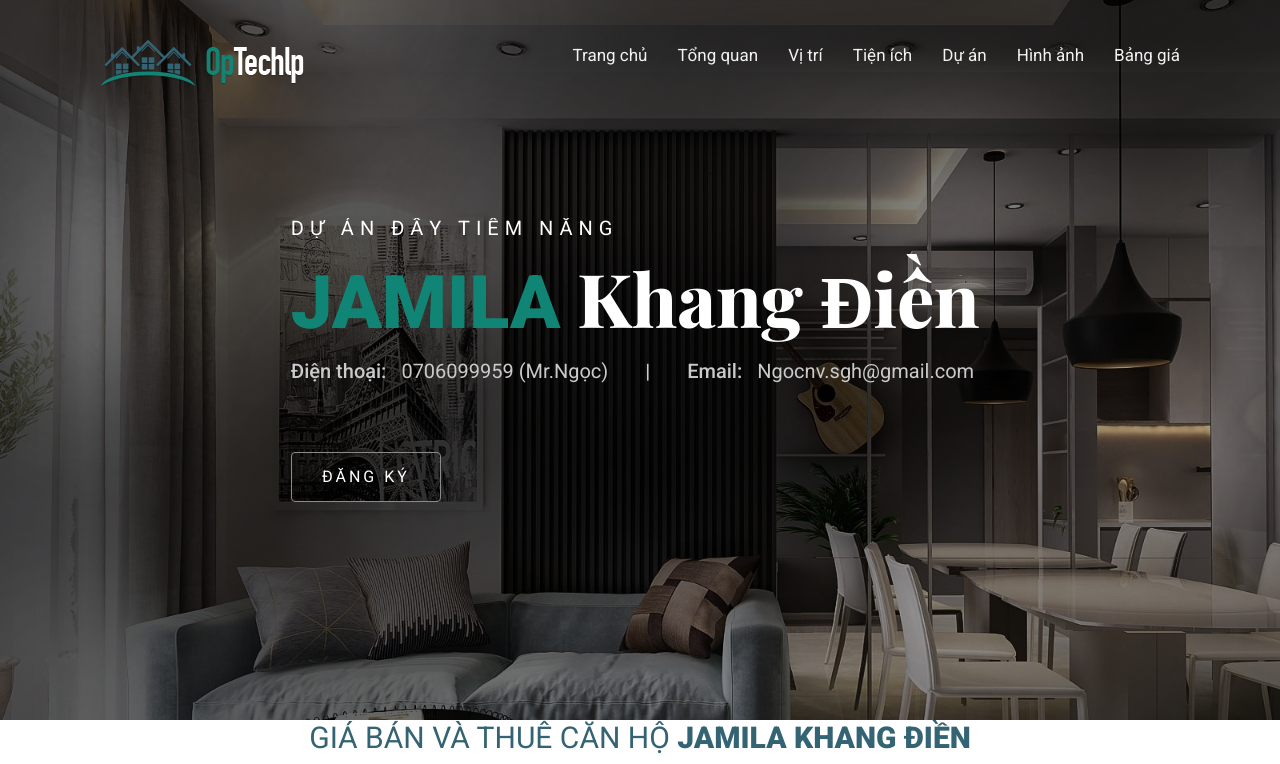
Repository: phunobi1807/Myweb
Page: index.html
An editor plug-in stored every save of this project. The page is shown before and after the next save, followed by the edit.
The browser window is 1280 px wide. The pictures show the whole page.
Some web fonts or font styles are not loaded; a fallback is used.

Above is the page before, as saved 2021-05-14 11:16:11.

After the next save:
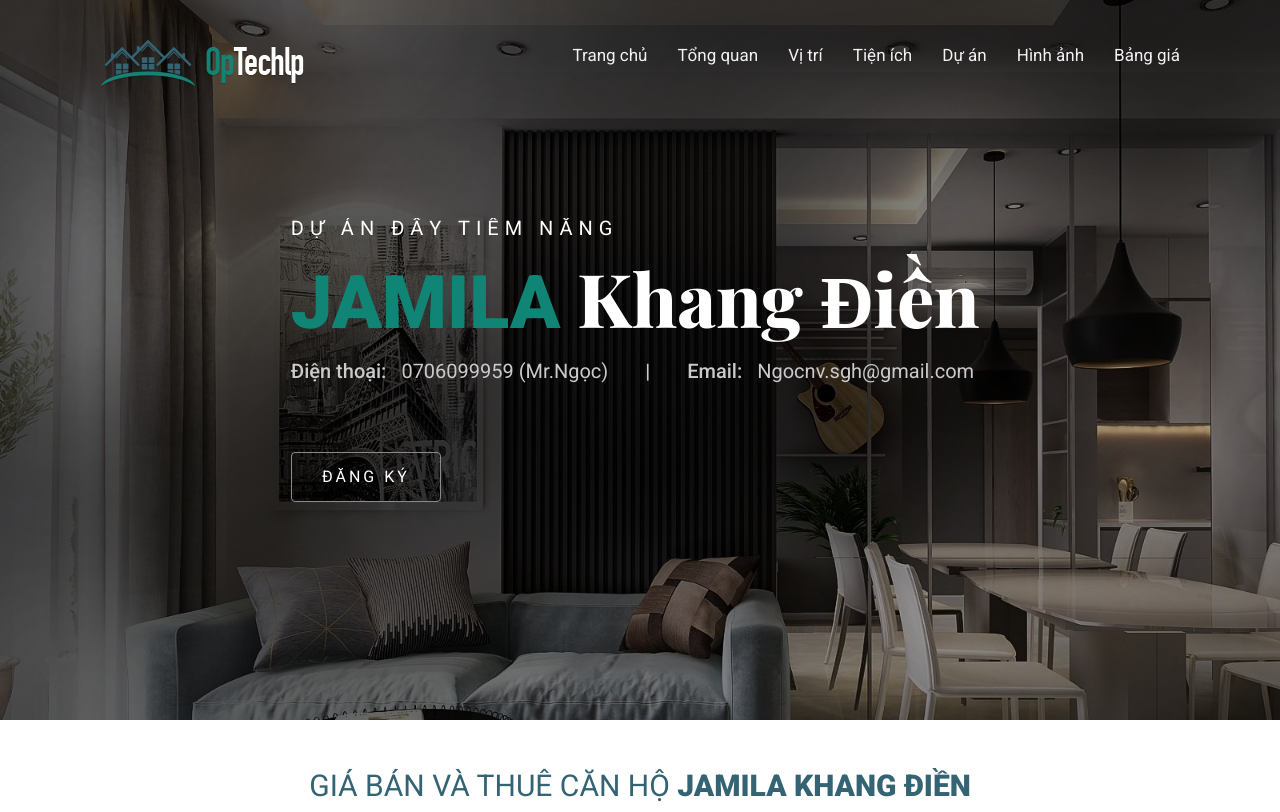
Saved 13 s later.
--- a/index.html
+++ b/index.html
@@ -39,7 +39,7 @@
             </div>
         </div>
     </section>
-    <section class="price-apartment">
+    <section class="price-apartment mt-5">
         <div class="container text-center">
             <div class="list-price-apartment">
                 <h1>giá bán và thuê căn hộ <span>jamila khang điền</span></h1>
